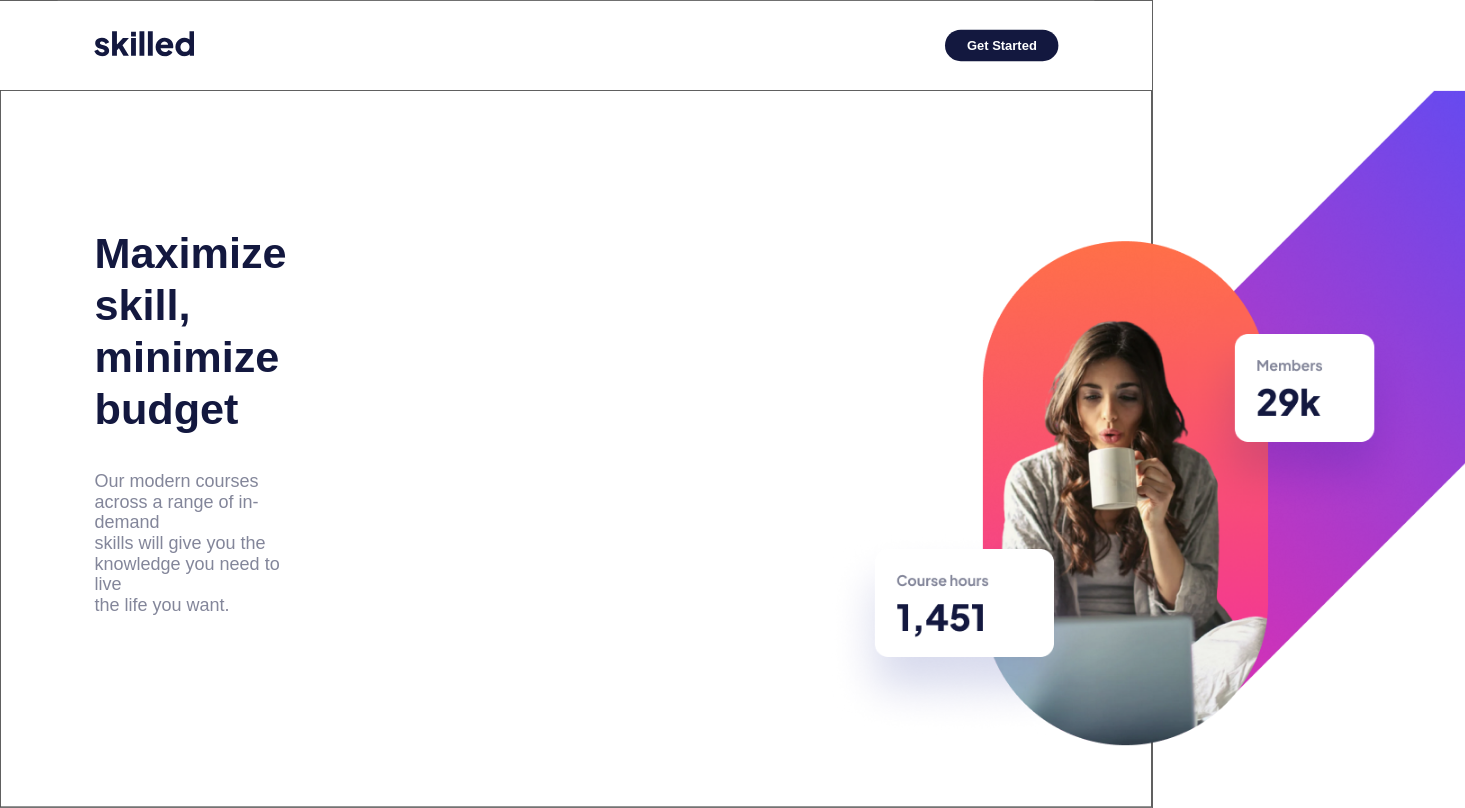
Repository: exe-walt/E-Learning-Landing-Page
Page: index.html
The author's editor kept a copy of each file at every save. The page is drawn from the files as they stood at one save, then again after the next save.
The browser window is 1280 px wide. The page is 1628 px wide, so the pictures cover 1628 px, including what lies to the right of the window. The pictures show the whole page, at 90% of full size.
Some web fonts or font styles are not loaded; a fallback is used.

Above is the page before, as saved 2025-05-27 20:54:44.

### index.html
<!DOCTYPE html>
<html lang="en">
<head>
  <meta charset="UTF-8">
  <meta name="viewport" content="width=device-width, initial-scale=1.0">
  <title>Skilled E-Learning Page</title>
  <link rel="stylesheet" href="css/style.css">
  <link href="https://fonts.cdnfonts.com/css/plus-jakarta-sans" rel="stylesheet">
</head>
<body>
  <div class="content-container">
    <nav>
      <div class="navbar">
        <ul>
          <li id="logo">
            <img src="img/skilled-logo.svg" alt="logo">
          </li>
          <li class="navbar-button">
            <button>Get Started</button>
          </li>
        </ul>
      </div>
    </nav>

    <section class="hero-section">
      <div class="hero-text">
        <h1>Maximize skill, <br>minimize budget</h1>

        <p>
          Our modern courses across a range of in-demand <br> skills will give you the knowledge you need to live <br> the life you want.
        </p>
      </div>

      <div class="hero-image">
        <img src="img/hero-img.png" alt="main-image">
      </div>
    </section>
  </div>

</body>
</html>

### css/style.css
* {
  font-family: "Plus Jakarta Sans", sans-serif;
}
body {
  margin: 0;
  display: flex;
  justify-content: center;
  align-items: center;
}

.content-container {
  background-color: #ffffff;
  max-width: 100%;
  width: 100%;
  height: auto;

  border: 1px solid #4f4f4f;
}

.navbar {
  display: flex;
  justify-content: space-between;
  align-items: center;
  padding: 2rem 2.5rem;
  background-color: white;
  margin-left: 4em;
  margin-right: 4em;
}

.navbar ul {
  display: flex;
  align-items: center;
  justify-content: space-between;
  width: 100%;
  list-style: none;
  margin: 0;
  padding: 0;
}

.logo img {
  height: 1.75rem;
  width: auto;
}

.navbar-button button {
  background-color: #13183F;
  color: white;
  border: none;
  border-radius: 999px;
  padding: 0.6rem 1.5rem;
  font-weight: 600;
  font-size: 0.9rem;
  cursor: pointer;
  transition: background-color 0.3s ease;
}

.navbar-button button:hover {
  background-color: #666ca3;
}

.hero-section{
  border: 1px solid #4f4f4f;
  display: flex;
}

.hero-text{
  margin-left: 4em;
  padding: 2rem 2.5rem;
  margin-top: 5em;

}

.hero-text h1 {
  font-family: 'Plus Jakarta Sans', sans-serif;
  font-weight: 800; /* ExtraBold */
  font-size: 3rem;
  line-height: 1.2;
  color: #13183F;
}

.hero-text p{
  font-family: 'Plus Jakarta Sans', sans-serif;
  font-weight: 500; /* Medium */
  font-size: 1.25rem;
  color: #83869a;
}

.hero-image img{
  margin-left: 35em;
}

After the next save:
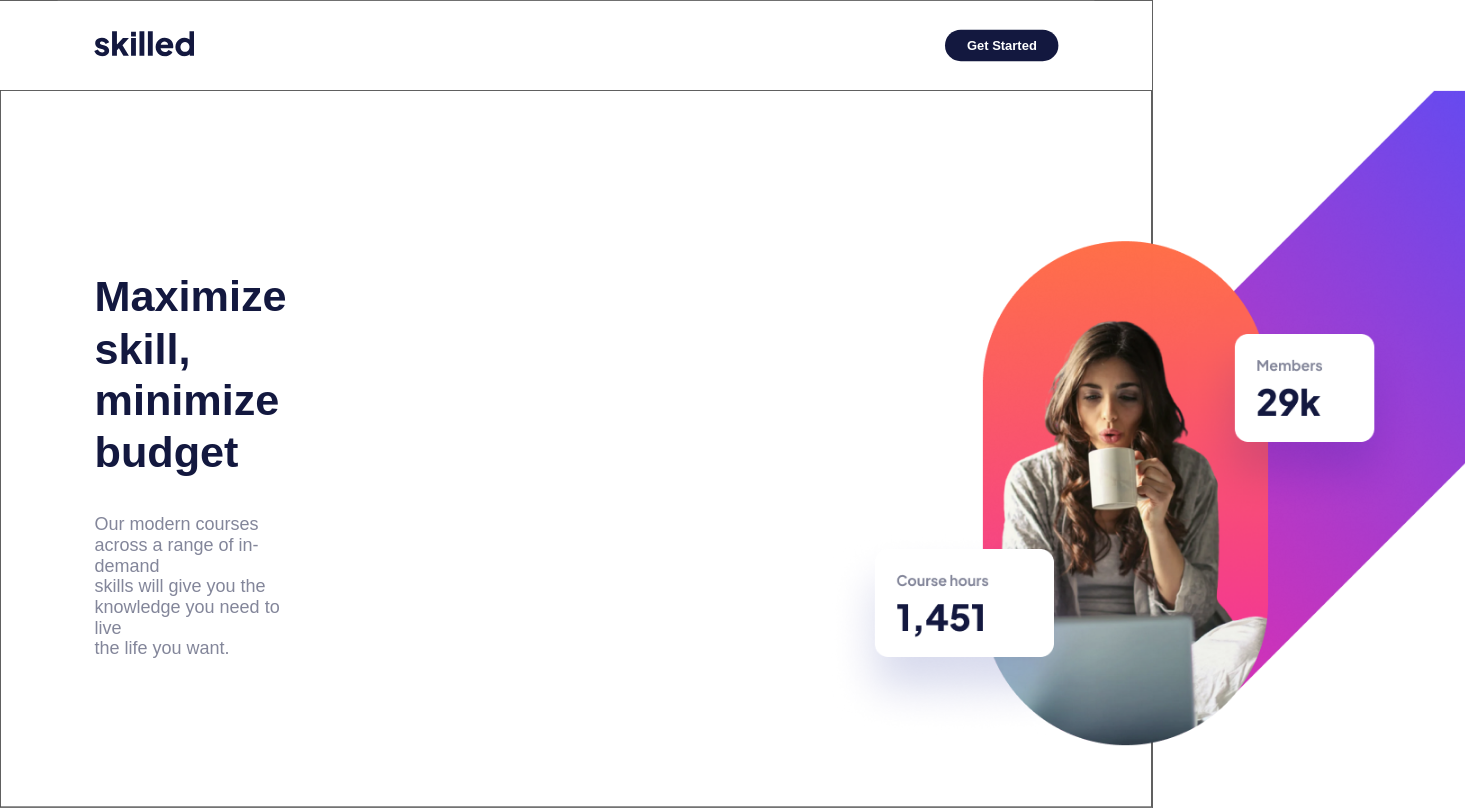
Saved 8 s later.
--- a/css/style.css
+++ b/css/style.css
@@ -66,7 +66,7 @@
 .hero-text{
   margin-left: 4em;
   padding: 2rem 2.5rem;
-  margin-top: 5em;
+  margin-top: 8em;
 
 }
 
